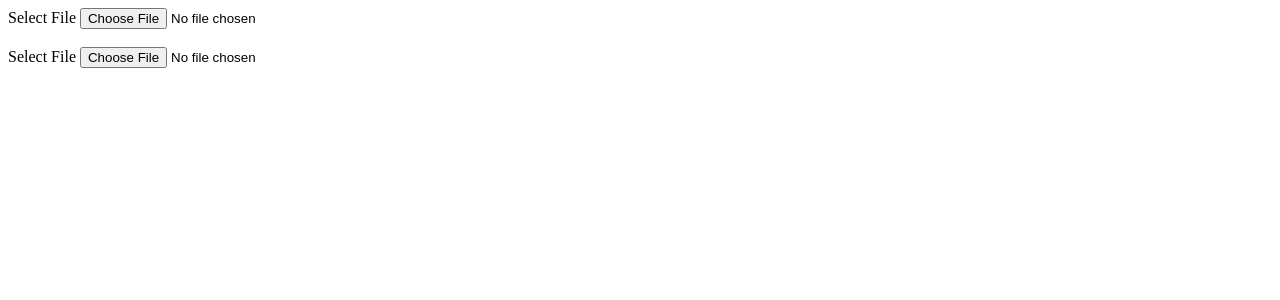
Repository: Hexya/Kaleidoscope
Page: app/index.html
An editor plug-in stored every save of this project. The page is shown before and after the next save, followed by the edit.
The browser window is 1280 px wide. The pictures show the whole page.

Above is the page before, as saved 2021-05-18 15:51:48.

### app/index.html
<html>
    <head>
        <title>Three Sound Exp</title>
    </head>
    <body>
        <div id="main">

        </div>
        <div class="home-container">
            <div class="file-cont cont-1">
                <label for="file" class="label-file">Select File</label>
                <input type="file" name="file" id="file" accept="image/*" class="input-file img1" />
            </div>
            <br>
            <div class="file-cont cont-2">
                <label for="file" class="label-file">Select File</label>
                <input type="file" name="file" id="file" accept="image/*" class="input-file img2" />
            </div>
        </div>
    </body>
</html>

After the next save:
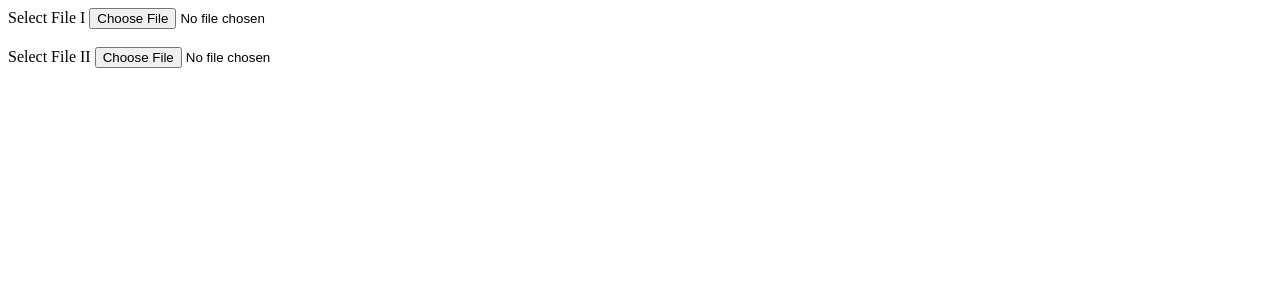
Saved 27 s later.
--- a/app/index.html
+++ b/app/index.html
@@ -8,12 +8,12 @@
         </div>
         <div class="home-container">
             <div class="file-cont cont-1">
-                <label for="file" class="label-file">Select File</label>
+                <label for="file" class="label-file">Select File I</label>
                 <input type="file" name="file" id="file" accept="image/*" class="input-file img1" />
             </div>
             <br>
             <div class="file-cont cont-2">
-                <label for="file" class="label-file">Select File</label>
+                <label for="file" class="label-file">Select File II</label>
                 <input type="file" name="file" id="file" accept="image/*" class="input-file img2" />
             </div>
         </div>
